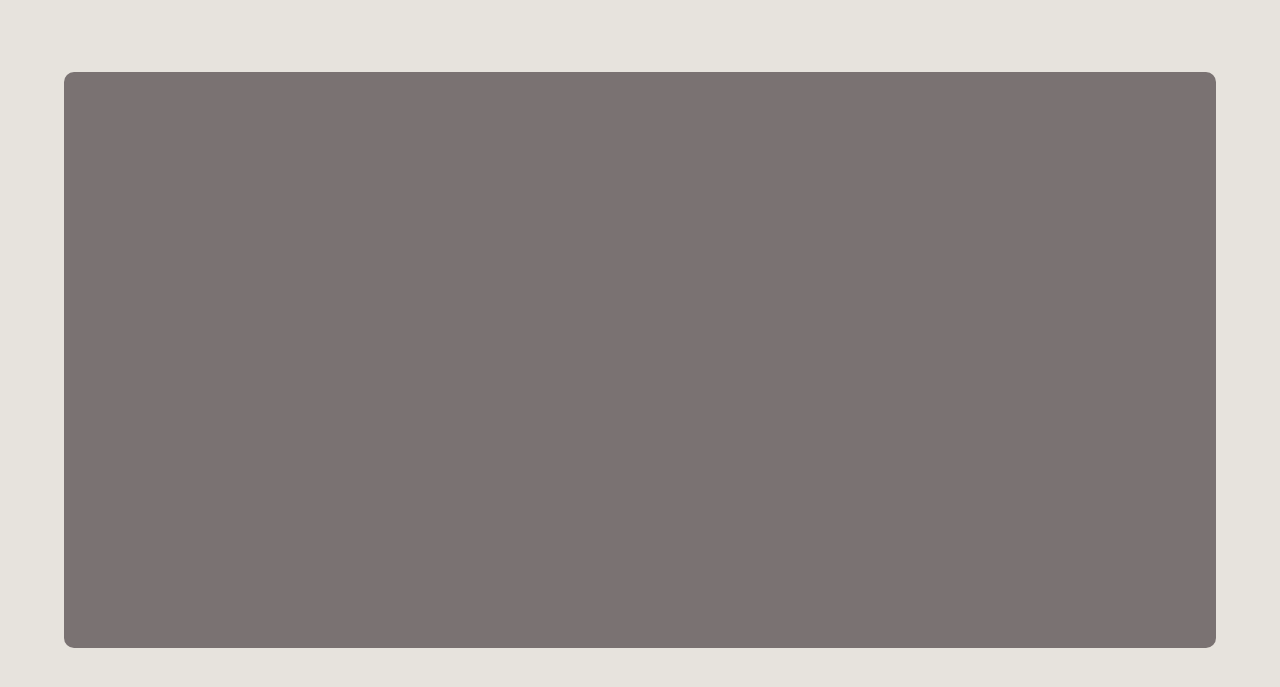
Repository: ComplexCodes/Chat-app
Page: /
The author's editor kept a copy of each file at every save. The page is drawn from the files as they stood at one save, then again after the next save.
The browser window is 1280 px wide. The pictures show the whole page.
The project was rebuilt for these pictures with package versions that can differ from the ones it lists, and the page was loaded fresh each time.

Above is the page before, as saved 2023-06-21 16:20:49.

After the next save:
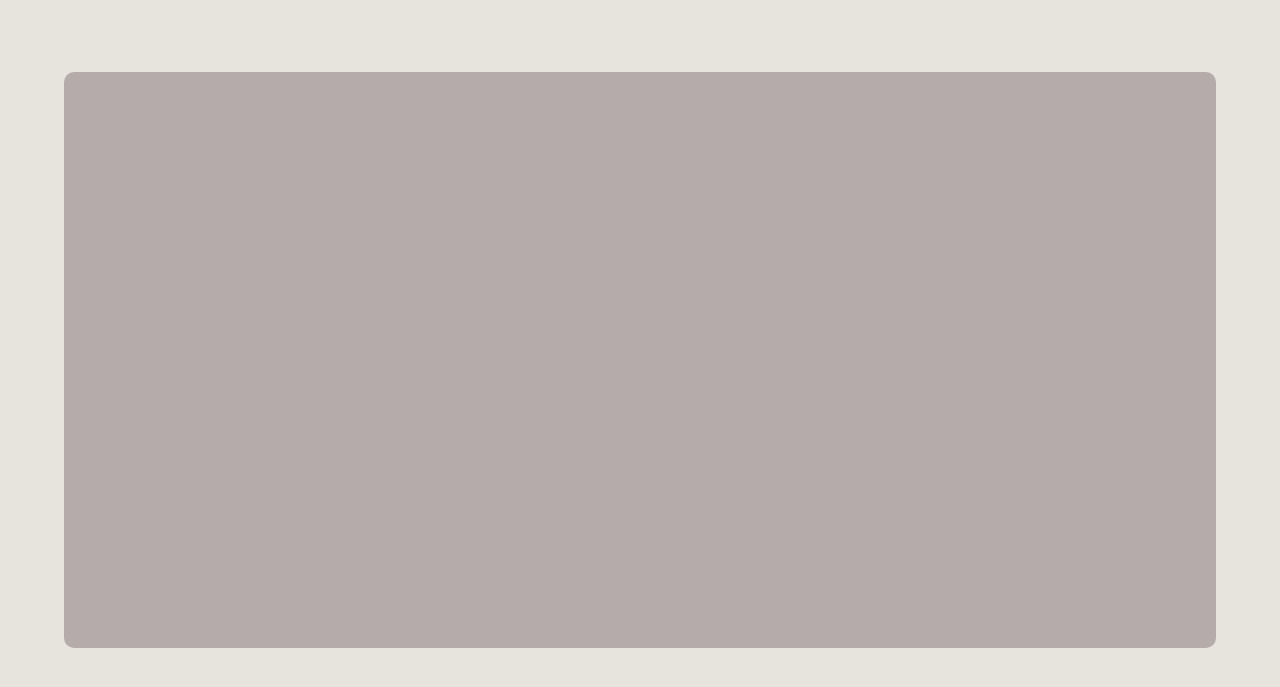
Saved 11 s later.
--- a/src/App.css
+++ b/src/App.css
@@ -14,7 +14,7 @@
 ._main {
   max-width: 90%;
   margin: auto;
-  background-color: #7a7272;
+  background-color: #b6abab;
   min-height: 80vh;
   width: 100%;
   border-radius: 10px;
